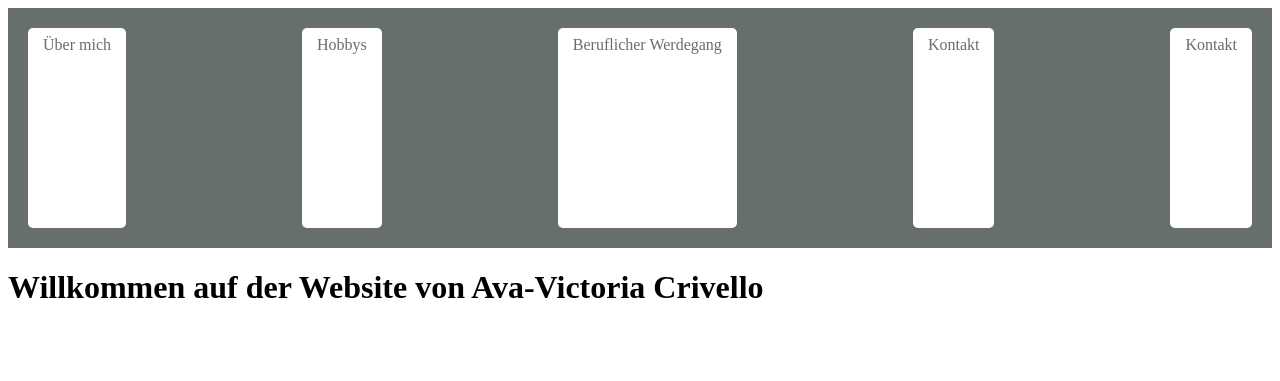
Repository: Ava-VictoriaCrivello/website
Page: index.html
An editor plug-in stored every save of this project. The page is shown before and after the next save, followed by the edit.
The browser window is 1280 px wide. The pictures show the whole page.
Some web fonts or font styles are not loaded; a fallback is used.

Above is the page before, as saved 2022-05-29 13:49:31.

### index.html
<!DOCTYPE html>
<html lang="en">
  <head>
    <meta charset="UTF-8" />
    <meta http-equiv="X-UA-Compatible" content="IE=edge" />
    <meta name="viewport" content="width=device-width, initial-scale=1.0" />
    <title>website</title>
    <link rel="stylesheet" href="style.css" />
    <link rel="preconnect" href="https://fonts.googleapis.com" />
    <link rel="preconnect" href="https://fonts.gstatic.com" crossorigin />
    <link
      href="https://fonts.googleapis.com/css2?family=Tiro+Telugu:ital@1&display=swap"
      rel="stylesheet"
    />
  </head>
  <body>
    <nav>
      <a class="button" href="name.#aboutme">Über mich</a>
      <a class="button" href="name.#hobbys">Hobbys</a>
      <a class="button" href="name.#work">Beruflicher Werdegang</a>
      <a class="button" href="name.#contact">Kontakt</a>
      <a class="button" href="name.#contact">Kontakt</a>
    </nav>

    <h1>Willkommen auf der Website von Ava-Victoria Crivello</h1>
  </body>
</html>

### style.css
nav {
  background-color: rgb(103, 110, 110);
  font-family: "Tiro Telugu", serif;
  padding: 20px;
  display: flex;
  justify-content: space-between;
  flex-wrap: wrap;
  gap: 20px;
  height: 200px;
  flex-direction: row;
}

.button {
  background-color: white;
  color: rgb(103, 110, 110);
  padding: 8px 15px;
  border-radius: 5px;
  text-decoration: none;
}

After the next save:
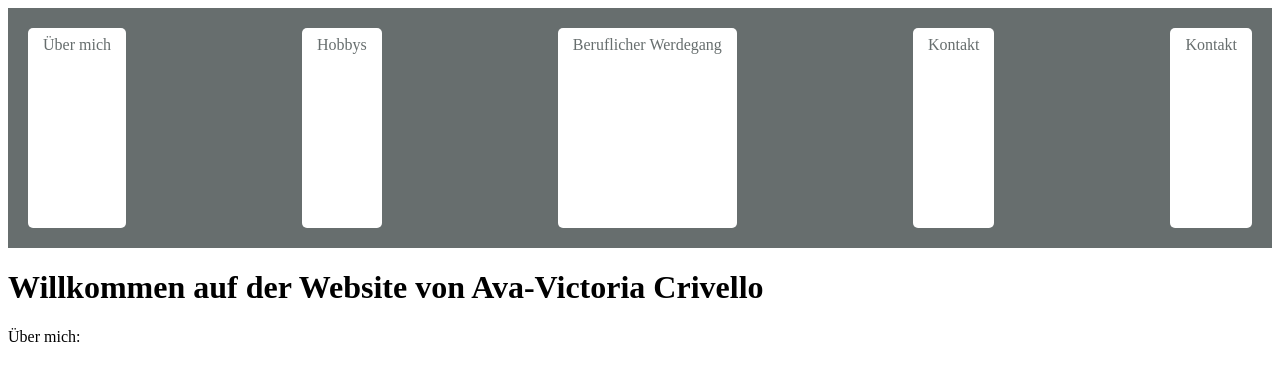
Saved 24 min 0 s later.
--- a/index.html
+++ b/index.html
@@ -23,5 +23,9 @@
     </nav>
 
     <h1>Willkommen auf der Website von Ava-Victoria Crivello</h1>
+
+    <section class="aboutme">
+      <p class="übermich">Über mich:</p>
+    </section>
   </body>
 </html>
